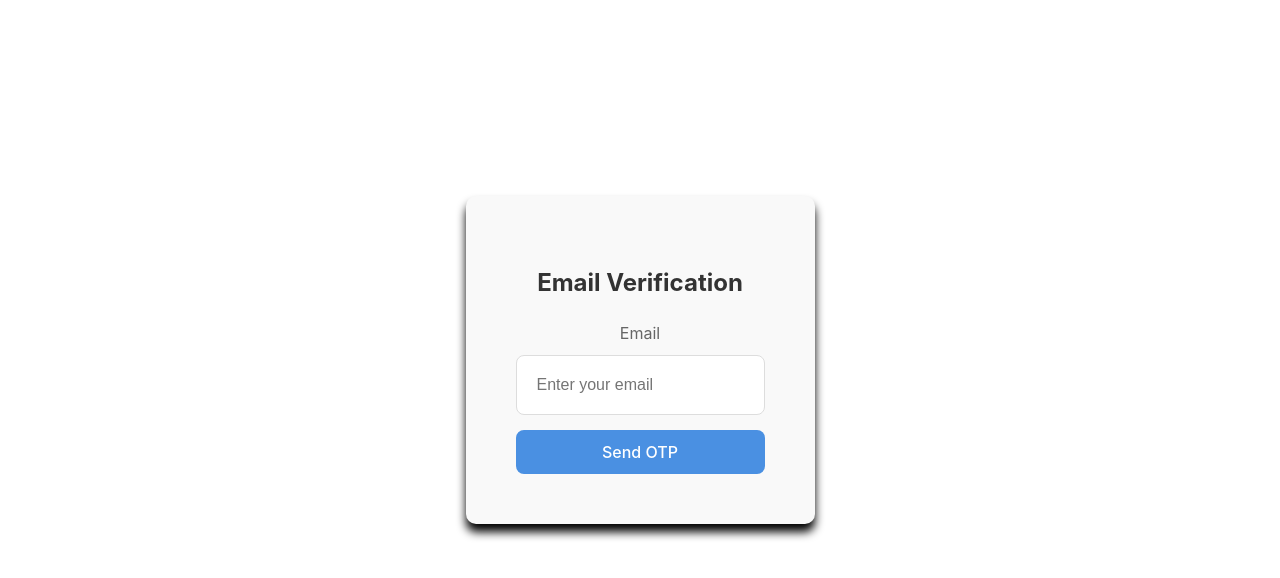
Repository: sarathraj2002/MockTest
Page: / (app in Frontend/)
An editor plug-in stored every save of this project. The page is shown before and after a run of saves, followed by the edit.
The browser window is 1280 px wide. The pictures show the whole page.
The project was rebuilt for these pictures with package versions that can differ from the ones it lists, and the page was loaded fresh each time. Also part of the build but not shown: Frontend/vite.config.js, Frontend/src/components/Home.jsx, Frontend/src/components/Mail.jsx.

Above is the page before, as saved 2024-11-13 17:02:39.

### Frontend/index.html
<!doctype html>
<html lang="en">
  <head>
    <meta charset="UTF-8" />
    <link rel="icon" type="image/svg+xml" href="/vite.svg" />
    <meta name="viewport" content="width=device-width, initial-scale=1.0" />
    <title>MockTest</title>
  </head>
  <body>
    <div id="root"></div>
    <script type="module" src="/src/main.jsx"></script>
  </body>
</html>

### Frontend/src/main.jsx
import { StrictMode } from 'react'
import { createRoot } from 'react-dom/client'
import App from './App.jsx'
import './index.css'
import { BrowserRouter } from 'react-router-dom'


createRoot(document.getElementById('root')).render(
  <StrictMode>
     <BrowserRouter>
    <App />
    </BrowserRouter>
  </StrictMode>,
)

### Frontend/src/App.jsx
import { useState } from 'react'
import './App.css'
import Otp from './components/Otp'
import { Home } from './components/Home'
import { Route,Routes,useNavigate } from 'react-router-dom'
import Mail from './components/Mail'

function App() {
  const [email, setEmail] = useState('');
  const navigate = useNavigate();
  const handleEmailSubmit=(email)=>{
    setEmail(email);
    navigate('/check');
  }


  return (
    <>
    <Routes>
      <Route path='/' element={<Otp onEmailSubmit={handleEmailSubmit}/>}></Route>
      <Route path='/check' element={<Mail/>}></Route>
      <Route path='/home' element={<Home/>}></Route>
    </Routes>
    </>
  )
}

export default App

### Frontend/src/components/Otp.jsx
import React, { useState } from 'react';
import axios from 'axios';

function Email({ onEmailSubmit }) {
  const [email, setEmail] = useState('');
  const [otp, setOtp] = useState('');
  const [errorMessage, setErrorMessage] = useState('');
  const [otpSent, setOtpSent] = useState(false);


  const handleEmailSubmit = async (e) => {
    e.preventDefault();
    setErrorMessage('');
    try {

      const response = await axios.post('http://localhost:5000/api/send-otp', { email });
      const data = response.data;

      console.log(data);

      if (data.success) {
        setOtpSent(true);
        onEmailSubmit(email);
      } else {
        setErrorMessage('Error sending OTP. Please try again.');
      }
    } catch (error) {
      setErrorMessage('An error occurred while sending OTP.');
      console.error('Error:', error);
    }
  };


  const handleOtpSubmit = async (e) => {
    e.preventDefault();
    setErrorMessage('');
    try {
      const response = await axios.post('http://localhost:5000/api/verify-otp', { otp });
      const data = response.data;

      if (data.valid) {
        alert('OTP validated successfully!');
      } else {
        setErrorMessage(data.message || 'Invalid OTP. Please try again.');
      }
    } catch (error) {
      setErrorMessage('An error occurred while validating OTP.');
      console.error('Error:', error);
    }
  };

  return (
   <div
  style={{
    maxWidth: '800px',
    margin: 'auto',
    padding: '50px',
    textAlign: 'center',
    backgroundColor: '#f9f9f9',
    boxShadow: '0 8px 10px rgba(2, 2, 2, 2)',
    borderRadius: '10px',
  }}
>
  <h2 style={{ color: '#333', marginBottom: '20px' }}>Email Verification</h2>
  {!otpSent ? (
    <form onSubmit={handleEmailSubmit} style={{ display: 'flex', flexDirection: 'column' }}>
      <label htmlFor="email" style={{ marginBottom: '10px', color: '#666' }}>Email</label>
      <input
        id="email"
        type="email"
        value={email}
        onChange={(e) => setEmail(e.target.value)}
        required
        placeholder="Enter your email"
        style={{
          padding: '20px',
          marginBottom: '15px',
          borderRadius: '8px',
          border: '1px solid #ddd',
          fontSize: '16px',
        }}
      />
      <button
        type="submit"
        style={{
          padding: '12px 20px',
          backgroundColor: '#4a90e2',
          color: 'white',
          border: 'none',
          borderRadius: '8px',
          cursor: 'pointer',
          transition: 'background-color 0.3s',
        }}
        onMouseEnter={(e) => (e.target.style.backgroundColor = '#357ABD')}
        onMouseLeave={(e) => (e.target.style.backgroundColor = '#4a90e2')}
      >
        Send OTP
      </button>
      {errorMessage && (
        <p style={{ color: 'red', marginTop: '15px' }}>
          {errorMessage}
        </p>
      )}
    </form>
  ) : (
    <form onSubmit={handleOtpSubmit} style={{ display: 'flex', flexDirection: 'column' }}>
      <label htmlFor="otp" style={{ marginBottom: '10px', color: '#666' }}>Enter OTP</label>
      <input
        id="otp"
        type="text"
        value={otp}
        onChange={(e) => setOtp(e.target.value)}
        required
        placeholder="Enter OTP"
        style={{
          padding: '12px',
          marginBottom: '15px',
          borderRadius: '8px',
          border: '1px solid #ddd',
          fontSize: '16px',
        }}
      />
      <button
        type="submit"
        style={{
          padding: '12px 20px',
          backgroundColor: '#5cb85c',
          color: 'white',
          border: 'none',
          borderRadius: '8px',
          cursor: 'pointer',
          transition: 'background-color 0.3s',
        }}
        onMouseEnter={(e) => (e.target.style.backgroundColor = '#4CAE4C')}
        onMouseLeave={(e) => (e.target.style.backgroundColor = '#5cb85c')}
      >
        Validate OTP
      </button>
      {errorMessage && (
        <p style={{ color: 'red', marginTop: '15px' }}>
          {errorMessage}
        </p>
      )}
    </form>
  )}
</div>
)}
export default Email;

Loaded but not shown: Frontend/src/index.css (common file); Frontend/src/App.css (common file)

After the next 2 saves:
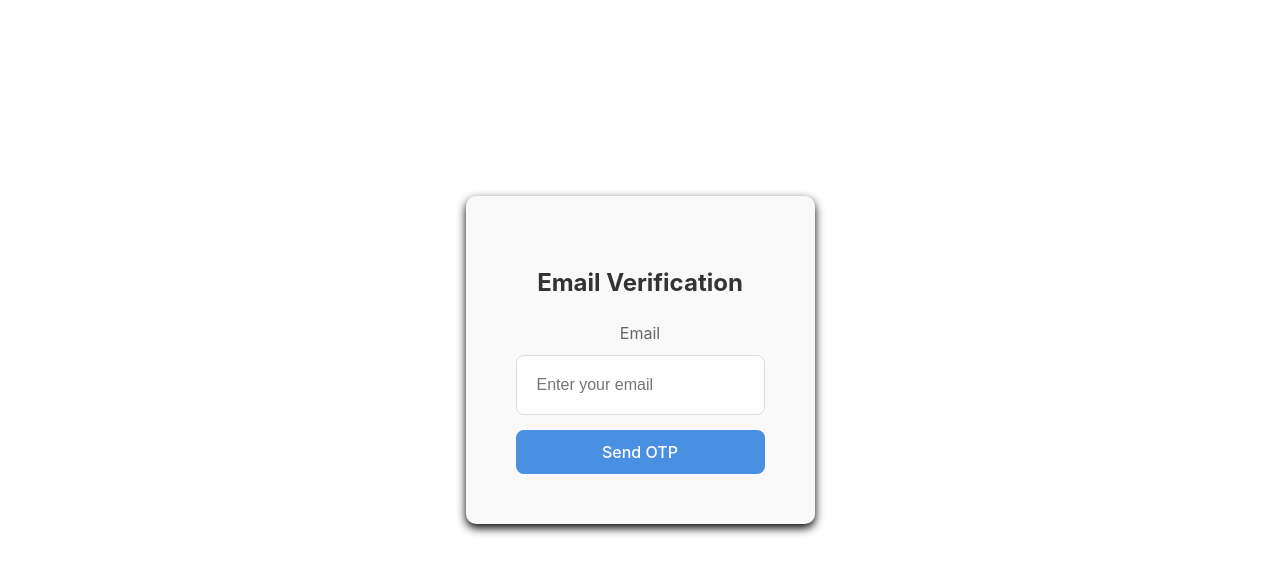
The 2 saves are shown as one change because they came seconds apart.
The last was saved 5 s later.
--- a/Frontend/src/components/Otp.jsx
+++ b/Frontend/src/components/Otp.jsx
@@ -57,7 +57,7 @@ function Email({ onEmailSubmit }) {
     padding: '50px',
     textAlign: 'center',
     backgroundColor: '#f9f9f9',
-    boxShadow: '0 8px 10px rgba(2, 2, 2, 2)',
+    boxShadow: '0 4px 10px rgba(2, 2, 2, 2)',
     borderRadius: '10px',
   }}
 >
